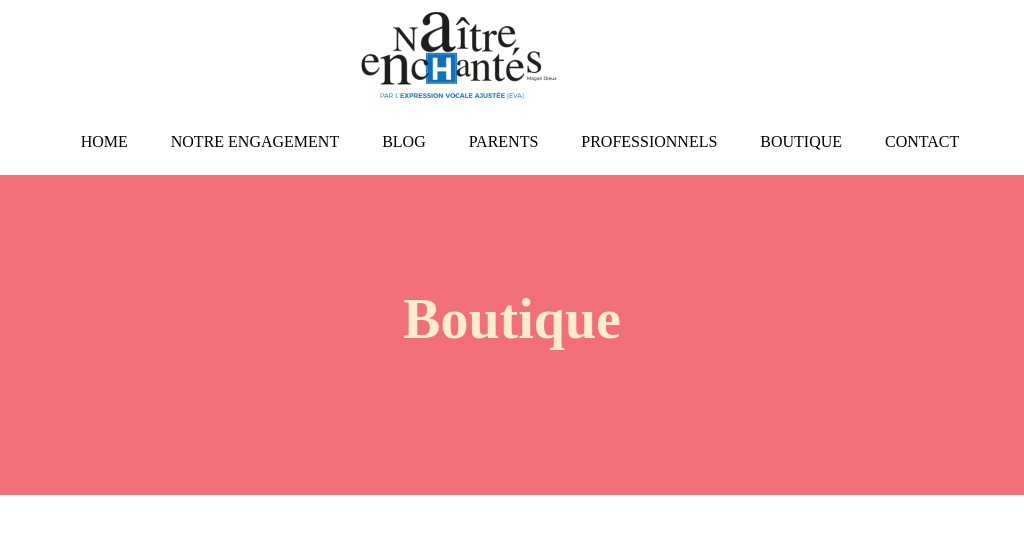
Repository: Khadija-Asa/naitre-enchantes
Page: header.html
The author's editor kept a copy of each file at every save. The page is drawn from the files as they stood at one save, then again after the next save.
The browser window is 1024 px wide. The pictures show the whole page.

Above is the page before, as saved 2020-11-24 17:03:03.

### header.html
<!DOCTYPE html>
<html lang="en">
<head>
    <meta charset="UTF-8">
    <meta name="viewport" content="width=device-width, initial-scale=1.0">
    <title>naître enchantés</title>
    <link rel="stylesheet" href="header.css">
</head>
<body>
    <header>
        <div class="logo_titre">
            <img src="image/image 34.png" alt="logo" class="logo">
            <h1>NAITRE ENCHANTES</h1>
        </div>
        <ul class="nav">
             <li class="nav_element"><a href="">HOME</a></li>
             <li class="nav_element"><a href="">NOTRE ENGAGEMENT</a></li>
             <li class="nav_element"><a href="">Blog</a></li>
             <li class="nav_element"><a href="">PARENTS</a></li>
             <li class="nav_element"><a href="">PROFESSIONNELS</a></li>
             <li class="nav_element"><a href="">Boutique</a></li>
             <li class="nav_element"><a href="">contact</a></li>
        </ul>
       <div class="nav_portable">
        <button class="ham"></button>
        <nav class="navbar">
          <ul>
            <li><a class="menuLink" href="#">Home</a></li>
            <li><a class="menuLink" href="#">NOTRE ENGAGEMENT</a></li>
            <li><a class="menuLink" href="#">Blog</a></li>
            <li><a class="menuLink" href="#">PARENTS</a></li>
            <li><a class="menuLink" href="#">PROFESSIONNELS</a></li>
            <li><a class="menuLink" href="#">Boutique</a></li>
            <li><a class="menuLink" href="#">contact</a></li>
          </ul>
        </nav>
       </div>
        <div class="big_img_header"><h2 class="in_big_img">Boutique</h2></div>
    </header>




    <script type="text/javascript" src="header.js"></script>
</body>
</html>

### header.css
* {
    margin: 0;
    padding: 0;
    font-family: ;
}

h1 {
    margin-right: 35%;
    font-size: 2em;
    font-style: italic;
    text-align: center;
}
.logo_titre {
    display: flex;
    justify-content: space-between;
    align-items: center;
    flex-wrap: wrap;
}
.nav {
    display: flex;
    justify-content: space-around;
    align-items: center;
    flex-wrap: wrap;
    text-align: end;
    margin: 1.5em 15%;
    text-transform: uppercase;

}
.nav_element {
    list-style: none;
    margin-left: 1em;
}
.nav_element a {
    color: black;
    text-decoration: none;
}
@media screen and (max-width: 1188px) {
    h1 {
        display: none;
    }
    .logo_titre {
       text-align: center;
    }
    .logo {
        margin-left: 35%;
    }
    .nav {
        display: flex;
        justify-content: space-around;
        align-items: center;
        flex-wrap: wrap;
        text-align: left;
        margin: 1.5em 5%;
        text-transform: uppercase;

    }
    .nav_element {
        list-style: none;
        margin-left: 1em;
    }
    .nav_element a {
        color: black;
        text-decoration: none;
}

}

@media screen and (max-width: 1188px) {
    h1 {
        display: none;
    }
    .logo_titre {
       text-align: center;
    }
    .logo {
        margin-left: 35%;
    }
    .nav {
        display: flex;
        justify-content: space-around;
        align-items: center;
        flex-wrap: wrap;
        text-align: left;
        margin: 1.5em 5%;
        text-transform: uppercase;

    }
    .nav_element {
        list-style: none;
        margin-left: 1em;
    }
    .nav_element a {
        color: black;
        text-decoration: none;
}

}
.big_img_header {
    background-color: #F16F76;
    height: 20em;
}
.in_big_img {
    text-align: center;
    color: blanchedalmond;
    font-size:3.5em ;
    font-style: ;
    padding-top: 2em;
}


/* nav pour la portable */
.nav_portable {
    display: none;
}

.ham {
    position: absolute;
    z-index: 1000;
    top: 20px;
    right: 20px;
    width: 36px;
    height: 36px;
    border: none;
    cursor: pointer;
    background-color: transparent;
    background-image: url("https://ljc-dev.github.io/testing0/ham.svg");
    background-size: 100%;
  }


  .showClose {
    background-image: url("https://ljc-dev.github.io/testing0/ham-close.svg");
  }

  .navbar {
    position: absolute;
    top: 0;
    left: 0;
    width: 100vw;
    height: 100vh;
    overflow: hidden;
    color: white;
    transform: translateY(-100%);
    background-color: gray;
    transition: transform 0.2s ease;
  }


  .showNav {

    transform: translateY(0);
  }


  .navbar ul {
    width: 100%;
    height: 100%;
    list-style: none;
    display: flex;
    flex-flow: column nowrap;
    justify-content: space-evenly;
    align-items: center;
  }

  .navbar ul li a {
    color: white;
    padding-bottom: 10px;
    border-bottom: 2px solid black;
    text-decoration: none;
    font-family: 'Open Sans', sans-serif;
    font-size: 1.2rem;
  }

  .navbar ul li a:hover, .navbar ul li a:focus {
    border-bottom: 2px solid white;
  }

### header.js
let boutton = document.querySelector(".ham");
let nav = document.querySelector(".navbar");

boutton.addEventListener("click",magic );
function  magic (){
  nav.classList.toggle("showNav");
  boutton.classList.toggle("showClose");
}

After the next save:
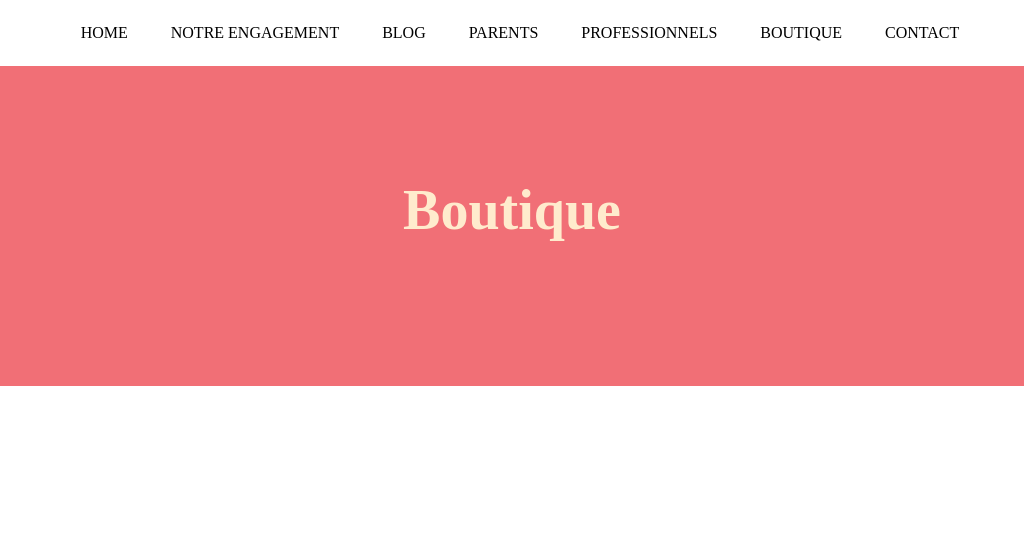
Saved 30 s later.
--- a/header.css
+++ b/header.css
@@ -70,7 +70,7 @@
         display: none;
     }
     .logo_titre {
-       text-align: center;
+        display: none;
     }
     .logo {
         margin-left: 35%;
